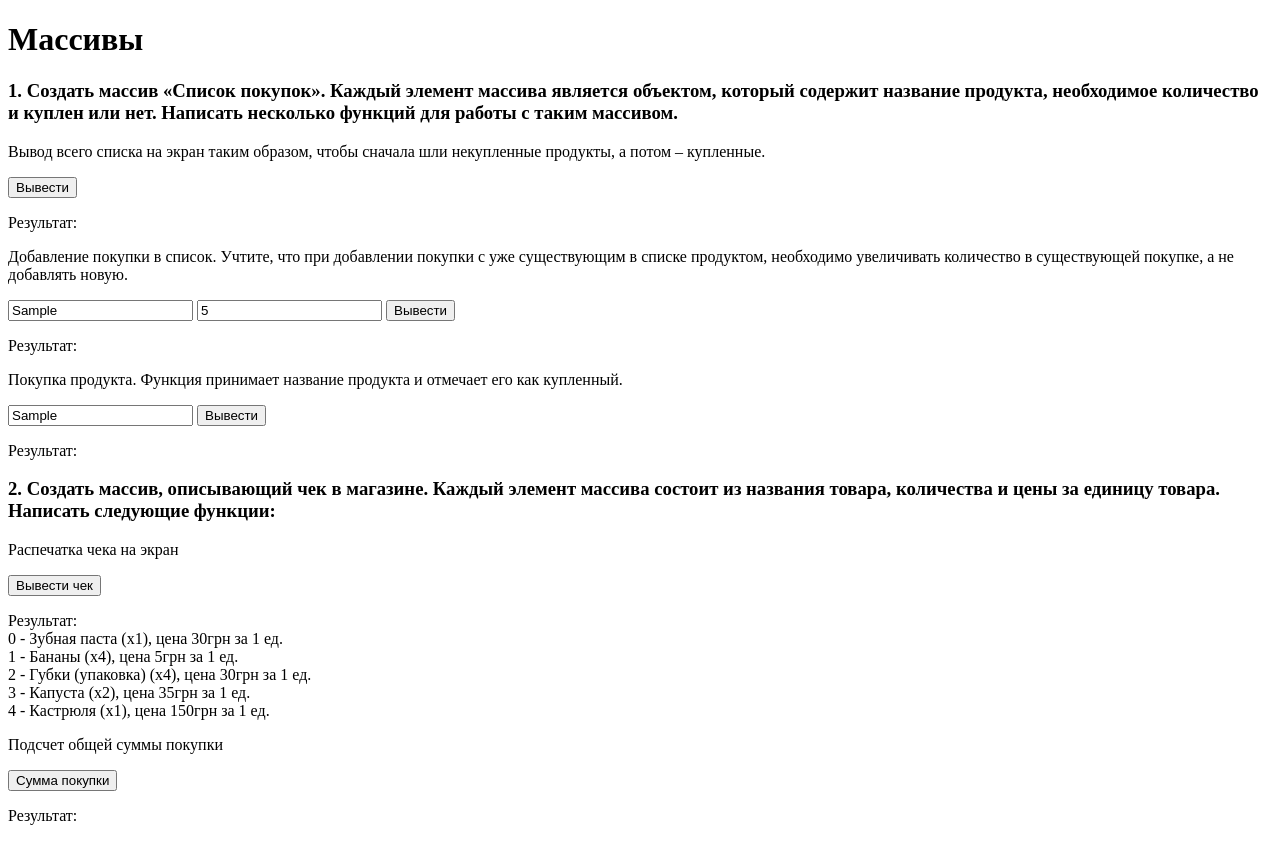
Repository: NastyaGavrilova/Beetroot-js
Page: HW5/index.html
These files come from the project's save history. The page is drawn as it stood at one moment and after the next save; the edit follows.
The browser window is 1280 px wide. The pictures show the whole page.
Empty fields were first filled with sample values (such as "Sample", 5 or name@example.com).
After loading, the first visible `#js-task2-btn1` was clicked once.

Above is the page before, as saved 2021-10-21 18:26:32.

After the next save:
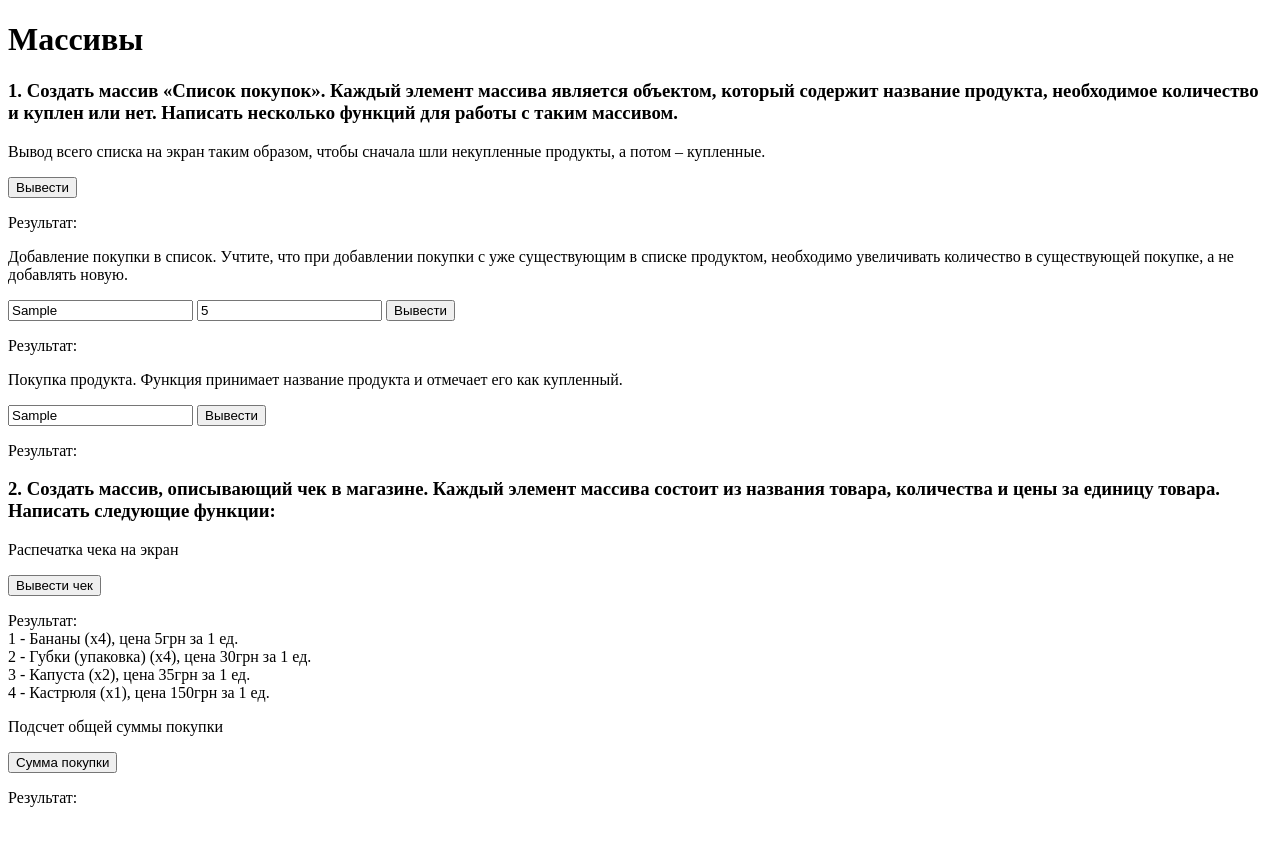
Saved 63 s later.
--- a/HW5/index.js
+++ b/HW5/index.js
@@ -136,7 +136,7 @@ ShopCheck.prototype.toString = function checkToString() {
 };
 let showCheckList = (spanEl) => {
   let str = " ";
-  for (let i = 0; i < shopCheck.length; i++) {
+  for (let i = 1; i <= shopCheck.length; i++) {
     if (shopCheck[i] !== undefined)
       str += i + " - " + shopCheck[i].toString() + "<br>";
   }
@@ -145,7 +145,9 @@ let showCheckList = (spanEl) => {
 
 let sumCheck = (spanEl) => {
   let res = 0;
-  shopCheck.forEach(prod, i)((res += prod[i].amount * prod[i].price));
+  for (let i = 0; i <= shopCheck.length; i++) {
+    res += shopCheck[i].amount * shopCheck[i].price;
+  }
 
   // let r1 = shopCheck[0].amount * shopCheck[0].price;
   // let r2 = shopCheck[1].amount * shopCheck[1].price;
